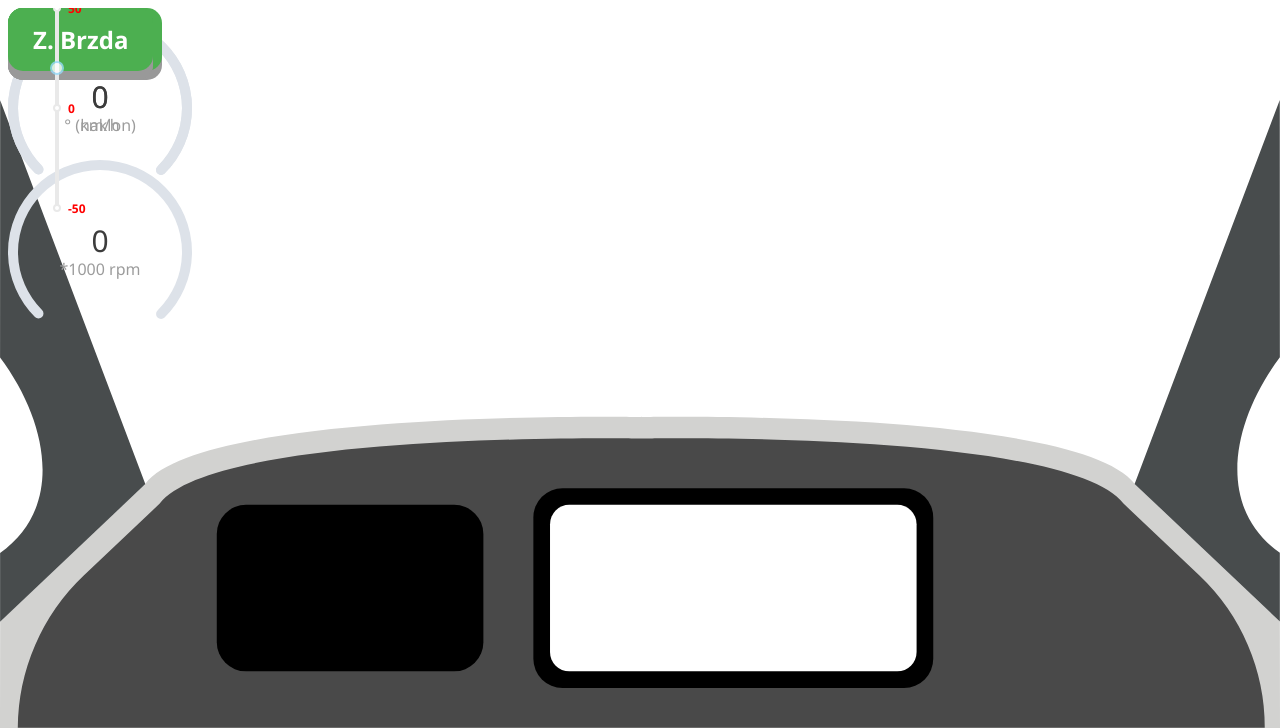
Repository: matyasvelc/train
Page: / (app in frontend/)
The author's editor kept a copy of each file at every save. The page is drawn from the files as they stood at one save, then again after the next save.
The browser window is 1280 px wide. The pictures show the whole page.
The page's requests for data from a server got no answer. The project was rebuilt for these pictures with package versions that can differ from the ones it lists, and the page was loaded fresh each time. No one was signed in, and anything a server would have sent is missing.

Above is the page before, as saved 2022-04-04 16:43:19.

### frontend/src/index.js
import React, { useEffect } from 'react'
import ReactDOM from 'react-dom'
import Progress from './lib/progress'
import './styles.css'
import Slider, { Range } from 'rc-slider';
import 'rc-slider/assets/index.css';

async function postData(url = '', data = {}) {
  // Default options are marked with *
  const response = await fetch(url, {
    method: 'POST', // *GET, POST, PUT, DELETE, etc.
    cache: 'no-cache', // *default, no-cache, reload, force-cache, only-if-cached
    headers: {
      'Content-Type': 'application/json'
    },
    redirect: 'follow', // manual, *follow, error
    referrerPolicy: 'no-referrer', // no-referrer, *no-referrer-when-downgrade, origin, origin-when-cross-origin, same-origin, strict-origin, strict-origin-when-cross-origin, unsafe-url
    body: JSON.stringify(data) // body data type must match "Content-Type" header
  });
  return response.json(); // parses JSON response into native JavaScript objects
}

const style = { float: 'left', width: 160, height: 200, marginBottom: 160, marginLeft: 50 };
const parentStyle = { overflow: 'hidden' };

const marks = {
  '-50': {
    style: {
      color: 'red',
    },
    label: <strong>-50</strong>,
  },
  0: {
    style: {
      color: 'red',
    },
    label: <strong>0</strong>,
  },
  50: {
    style: {
      color: 'red',
    },
    label: <strong>50</strong>,
  },
};

function App() {
  const [temp, setTemp] = React.useState()
  const [rpm, setRpm] = React.useState()
  const [speed, setSpeed] = React.useState()
  const [svetlo, setSvetlo] = React.useState()
  const [rychlost, setRychlost] = React.useState()

  useEffect(() => {
    const timer = setInterval(() => {
      fetch('http://127.0.0.1:5000/getSpeed')
        .then(res => {
          return res.json();
        })
        .then(data => {
          setSpeed(data.speed);
        });
    }, 1000);

    return () => clearInterval(timer);
  }, []);

  useEffect(() => {
    const timer = setInterval(() => {
      fetch('http://127.0.0.1:5000/getAngle')
        .then(res => {
          return res.json();
        })
        .then(data => {
          setTemp(data.angle);
        });
    }, 1000);

    return () => clearInterval(timer);
  }, []);

  useEffect(() => {
    const timer = setInterval(() => {
      fetch('http://127.0.0.1:5000/getRpm')
        .then(res => {
          return res.json();
        })
        .then(data => {
          setRpm(data.engine_speed);
        });
      }, 1000);

      return () => clearInterval(timer);
  }, []);

  function Svetlo() {
    console.log(svetlo);
    setSvetlo(!svetlo);
    postData('http://127.0.0.1:5000/setLightStatus', {"lights": !svetlo})
  }

  function Rychlost(value) {
    console.log(value);
    setRychlost(value);
    postData('http://127.0.0.1:5000/setSpeed', {"speed": value})
  }

  return (
    <div className="demo">
      <div className='vlak'>
      <div className='budik1'>
      <Progress
        progress={rpm}
        max={4}
        subtitle="*1000 rpm"
        reduction={0.25}
        hideBall
        strokeWidth={10}
        gradient={[{stop: 0.0, color: '#f6416d'}, {stop: 1, color: '#fa6d7c'}]} />
      </div>
      <div className='budik2'>
      <Progress
        progress={speed}
        max={100}
        subtitle="km/h"
        reduction={0.25}
        hideBall
        strokeWidth={10} />
      </div>
      <div className='budik3'>
      <Progress
        progress={temp}
        min={-45}
        max={45}
        subtitle="° (naklon)"
        strokeWidth={10}
        reduction={0.25}
        hideBall
        gradient={[{stop: 0.0, color: '#f6416d'}, {stop: 1, color: '#fa6d7c'}]} />
      </div>
        </div>
        <input id='svetla' class="svetla" onClick={Svetlo} checked={svetlo} type='checkbox'></input>
        <label class="button a" htmlFor='svetla'>Světla</label>
        <button class="button b" >Katapult</button>
        <button class="button c" >Klakson</button>
        <button class="button d" >Z. Brzda</button>
        <div style={parentStyle}>
          <div style={style}>
            <Slider vertical min={-50} max={50} step={2} marks={marks} included={false} onAfterChange={Rychlost} defaultValue={20}/>
          </div>
        </div>
        </div>
  )
}

ReactDOM.render(<App />, document.getElementById('root'))

### frontend/src/styles.css
body {
  background: none;
  font-family: 'Segoe UI', Tahoma, Geneva, Verdana, sans-serif;
  caret-color: transparent;
  user-select: none;
  overflow: hidden;
  padding: 0;
  left: 0;
  width: 100%;
  height: 100%;
}

.demo > div {
  width: 100%;
  height: 100%;
  position: absolute;
  left: 0;
  display: inline-block;
}
.vlak {
  background-image:url(./train.svg);
  background-repeat: no-repeat;
  background-size: 100%;
  width: 100%;
  height: 100%;
  overflow: hidden;
  background-position: bottom;
  position: absolute;
  display: inline-block;
}
.budik1{
  position: absolute;
  top: 20%;
}
.budik2{
  position: absolute;

}
.budik3{
  position: absolute;

}
.button {
  font-family: 'Segoe UI', Tahoma, Geneva, Verdana, sans-serif;
  display: inline-block;
  padding: 15px 25px;
  font-size: 24px;
  cursor: pointer;
  text-align: center;
  text-decoration: none;
  outline: none;
  color: #fff;
  background-color: #4CAF50;
  border: none;
  border-radius: 15px;
  box-shadow: 0 9px #999;
  caret-color: transparent;
  user-select: none;
  font-weight:600;
  position: absolute;
}
.button:active {
  background-color: #3e8e41;
  box-shadow: 0 5px #666;
  transform: translateY(4px);
}
.svetla{
  display: none;
  caret-color: transparent;
  user-select: none;
  position: absolute;
}
.svetla:checked + .button{
  background-color: #3e8e41;
  box-shadow: 0 5px #666;
  transform: translateY(4px);
}
.rychlost{
  user-select:all;
  position: absolute;
}

### frontend/src/lib/progress.module.css
.progress {
  font-family: 'Segoe UI', Tahoma, Geneva, Verdana, sans-serif;
  width: 200px;
}

.svg {
  display: block;
  width: 100%;
}

Loaded but not shown: frontend/public/index.html (common file); frontend/src/lib/progress.js (library)

After the next save:
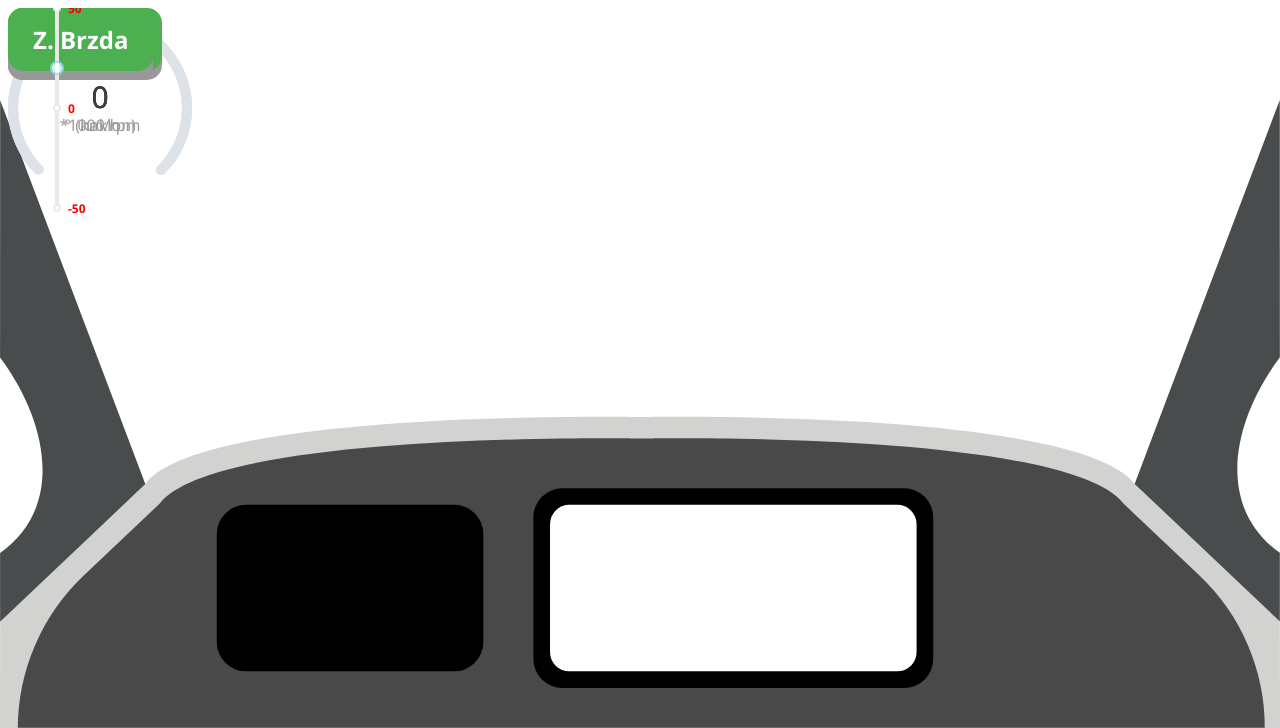
Saved 34 s later.
--- a/frontend/src/styles.css
+++ b/frontend/src/styles.css
@@ -30,15 +30,18 @@ body {
 }
 .budik1{
   position: absolute;
-  top: 20%;
+  top: ;
+  left: ;
 }
 .budik2{
   position: absolute;
-
+  top: ;
+  left: ;
 }
 .budik3{
   position: absolute;
-
+  top: ;
+  left: ;
 }
 .button {
   font-family: 'Segoe UI', Tahoma, Geneva, Verdana, sans-serif;
@@ -64,6 +67,26 @@ body {
   box-shadow: 0 5px #666;
   transform: translateY(4px);
 }
+.a{
+  position: absolute;
+  top: ;
+  left: ;
+}
+.b{
+  position: absolute;
+  top: ;
+  left: ;
+}
+.c{
+  position: absolute;
+  top: ;
+  left: ;
+}
+.d{
+  position: absolute;
+  top: ;
+  left: ;
+}
 .svetla{
   display: none;
   caret-color: transparent;
